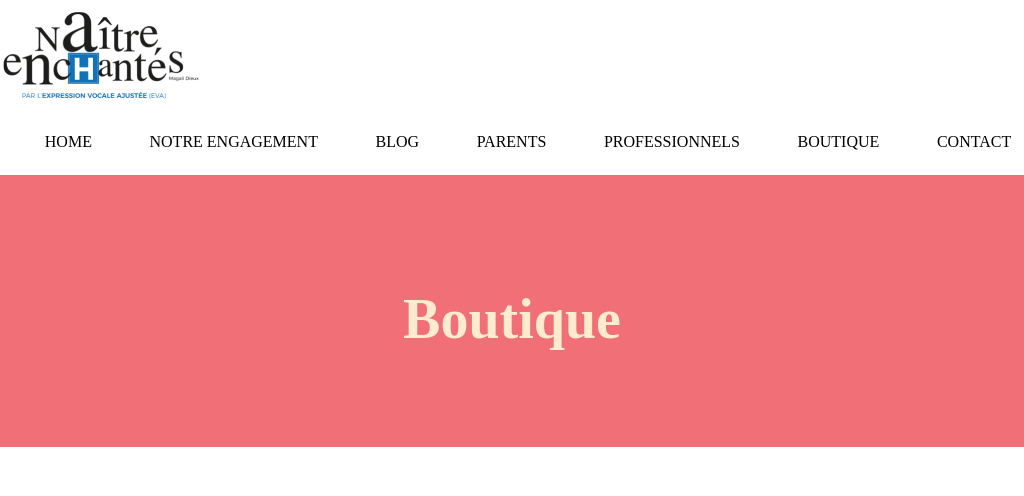
Repository: Khadija-Asa/naitre-enchantes
Page: header.html
An editor plug-in stored every save of this project. The page is shown before and after a run of saves, followed by the edit.
The browser window is 1024 px wide. The pictures show the whole page.

Above is the page before, as saved 2020-11-24 16:40:05.

### header.html
<!DOCTYPE html>
<html lang="en">
<head>
    <meta charset="UTF-8">
    <meta name="viewport" content="width=device-width, initial-scale=1.0">
    <title>naître enchantés</title>
    <link rel="stylesheet" href="header.css">
</head>
<body>
    <header>
        <div class="logo_titre">
            <img src="image/image 34.png" alt="logo" class="logo">
            <h1>NAITRE ENCHANTES</h1>
        </div>
        <ul class="nav">
             <li class="nav_element"><a href="">HOME</a></li>
             <li class="nav_element"><a href="">NOTRE ENGAGEMENT</a></li>
             <li class="nav_element"><a href="">Blog</a></li>
             <li class="nav_element"><a href="">PARENTS</a></li>
             <li class="nav_element"><a href="">PROFESSIONNELS</a></li>
             <li class="nav_element"><a href="">Boutique</a></li>
             <li class="nav_element"><a href="">contact</a></li>
        </ul>
       <div class="nav_portable">
        <button class="ham"></button>
        <nav class="navbar">
          <ul>
            <li><a class="menuLink" href="#">Home</a></li>
            <li><a class="menuLink" href="#">NOTRE ENGAGEMENT</a></li>
            <li><a class="menuLink" href="#">Blog</a></li>
            <li><a class="menuLink" href="#">PARENTS</a></li>
            <li><a class="menuLink" href="#">PROFESSIONNELS</a></li>
            <li><a class="menuLink" href="#">Boutique</a></li>
            <li><a class="menuLink" href="#">contact</a></li>
          </ul>
        </nav>
       </div>
        <div class="big_img_header"><h2 class="in_big_img">Boutique</h2></div>
    </header>




    <script type="text/javascript" src="header.js"></script>
</body>
</html>

### header.css
* {
    margin: 0;
    padding: 0;
    font-family: ;
}

h1 {
    margin-right: 35%;
    font-size: 2em;
    font-style: italic;
    text-align: center;
}
.logo_titre {
    display: flex;
    justify-content: space-between;
    align-items: center;
    flex-wrap: wrap;
}
.nav {
    display: flex;
    justify-content: space-around;
    align-items: center;
    flex-wrap: wrap;
    text-align: end;
    margin: 1.5em 15%;
    text-transform: uppercase;

}
.nav_element {
    list-style: none;
    margin-left: 1em;
}
.nav_element a {
    color: black;
    text-decoration: none;
}
@media screen and (max-width: 1188px) {
    h1 {
        display: none;
    }
    .logo{
       text-align: center;
    }
    .nav {
        display: flex;
        justify-content: space-around;
        align-items: center;
        flex-wrap: wrap;
        text-align: left;
        margin: 1.5em auto;
        text-transform: uppercase;
        padding: ;

    }
    .nav_element {
        list-style: none;
        margin-left: 2em;
    }
    .nav_element a {
        color: black;
        text-decoration: none;
}
.big_img_header {
    background-color: #F16F76;
    height: 17em;
}
.in_big_img {
    text-align: center;
    color: blanchedalmond;
    font-size:3.5em ;
    font-style: ;
    padding-top: 2em;
}


/* nav pour la portable */
.nav_portable {
    display: none;
}

.ham {
    position: absolute;
    z-index: 1000;
    top: 20px;
    right: 20px;
    width: 36px;
    height: 36px;
    border: none;
    cursor: pointer;
    background-color: transparent;
    background-image: url("https://ljc-dev.github.io/testing0/ham.svg");
    background-size: 100%;
  }


  .showClose {
    background-image: url("https://ljc-dev.github.io/testing0/ham-close.svg");
  }

  .navbar {
    position: absolute;
    top: 0;
    left: 0;
    width: 100vw;
    height: 100vh;
    overflow: hidden;
    color: white;
    transform: translateY(-100%);
    background-color: gray;
    transition: transform 0.2s ease;
  }


  .showNav {

    transform: translateY(0);
  }


  .navbar ul {
    width: 100%;
    height: 100%;
    list-style: none;
    display: flex;
    flex-flow: column nowrap;
    justify-content: space-evenly;
    align-items: center;
  }

  .navbar ul li a {
    color: white;
    padding-bottom: 10px;
    border-bottom: 2px solid black;
    text-decoration: none;
    font-family: 'Open Sans', sans-serif;
    font-size: 1.2rem;
  }

  .navbar ul li a:hover, .navbar ul li a:focus {
    border-bottom: 2px solid white;
  }

### header.js
let boutton = document.querySelector(".ham");
let nav = document.querySelector(".navbar");

boutton.addEventListener("click",magic );
function  magic (){
  nav.classList.toggle("showNav");
  boutton.classList.toggle("showClose");
}

After the next 2 saves:
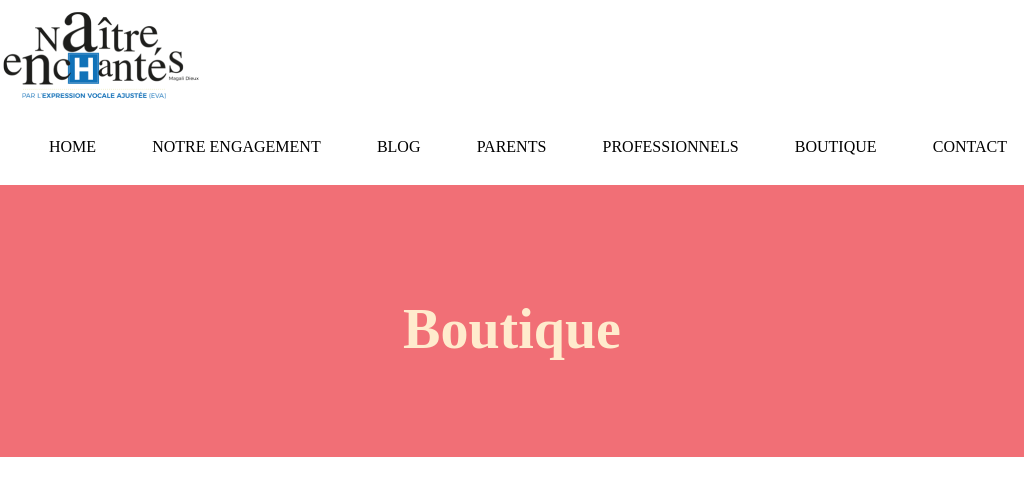
The 2 saves are shown as one change because they came seconds apart.
The last was saved 11 s later.
--- a/header.css
+++ b/header.css
@@ -49,7 +49,7 @@
         text-align: left;
         margin: 1.5em auto;
         text-transform: uppercase;
-        padding: ;
+        padding: .3em ;
 
     }
     .nav_element {

After the 2 saves that followed:
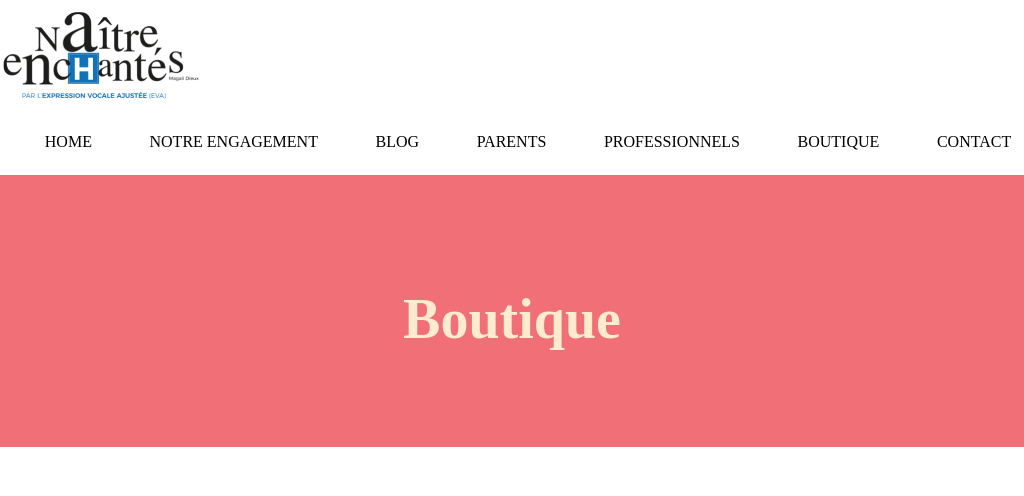
The 2 saves are shown as one change because they came seconds apart.
The last was saved 7 s later.
--- a/header.css
+++ b/header.css
@@ -49,7 +49,7 @@
         text-align: left;
         margin: 1.5em auto;
         text-transform: uppercase;
-        padding: .3em ;
+        padding: .5;
 
     }
     .nav_element {
